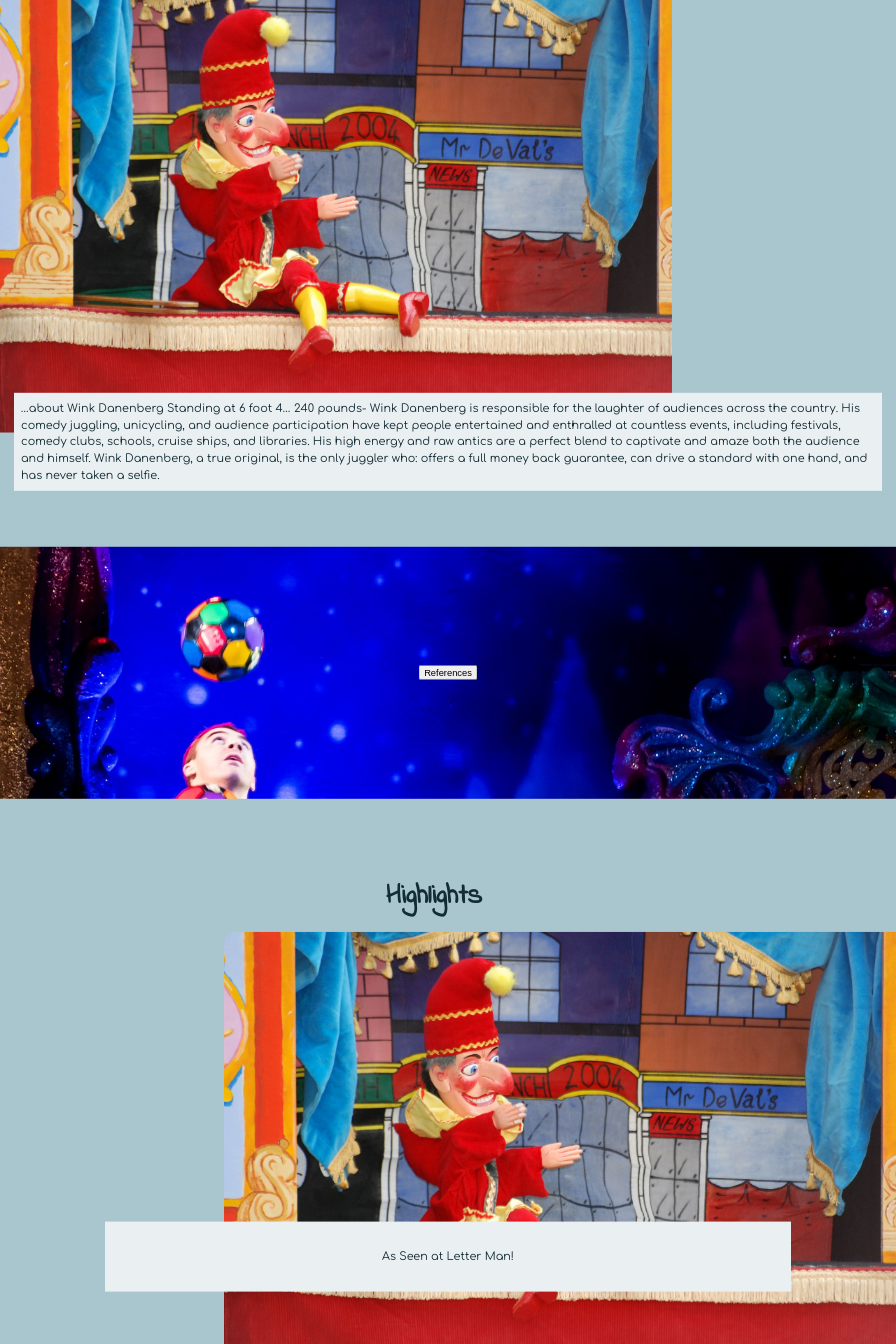
Repository: Sbethm/wink
Page: index.html
These files come from the project's save history. The page is drawn as it stood at one moment and after a run of saves; the edit follows.
The browser window is 1280 px wide. The pictures show the part of the page from y = 1433 to 3353 px (the page is 5471 px tall), at 70% of full size.
The style sheet was rebuilt from its Sass, Less or Tailwind sources for each picture, by a compiler version that may differ from the author's.

Above is the page before, as saved 2021-09-08 13:58:15.

### index.html
<!DOCTYPE html>
<html lang="en">
<head>
    <meta charset="UTF-8">
    <meta http-equiv="X-UA-Compatible" content="IE=edge">
    <meta name="viewport" content="width=device-width, initial-scale=1.0">
    <link rel="preconnect" href="https://fonts.googleapis.com">
    <link rel="preconnect" href="https://fonts.gstatic.com" crossorigin>
    <link href="https://fonts.googleapis.com/css2?family=Acme&family=Comfortaa:wght@400;500;600;700&family=Indie+Flower&display=swap" rel="stylesheet">
    <!--
        font-family: 'Acme', sans-serif;
        font-family: 'Comfortaa', cursive;
        font-family: 'Indie Flower', cursive;
    -->

    <link rel="stylesheet" href="./CSS/main.css">
    <title>Wink Danenberg: The Greatest Showman</title>
</head>
<body>
    <header id="headerBg">
        <h1 id="logo">Wink</h1>
        <div class="menu--btn">
            <ul class="menu">
                <li class="menu--item">Shows</li>
                <li class="menu--item">Wink</li>
                <li class="menu--item">Calender</li>
                <li class="menu--item">Contact</li>
            </ul>
        </div>
    </header>
    <main>
        <section class="main--slideshow">
            <!--images are set on automatic slide-->
                <img src="./img/img1.jpg" alt="" id="slide--img">
                <img src="./img/img2.jpg" alt="" id="slide--img">
                <img src="./img/img3.jpg" alt="" id="slide--img">
            <div class="slideshow--quote">Comedy for the Whole Family!</div>
        </section>
        <!--EVENTS-
            Description of Wink's shows. What does he do? Who are the shows geared towards? etc.-->
        <section class="event">
            <div class="container container--event">
                <a href="./events.html"><h2 class="heading--center">Events</h2></a>
                <p class="info--short center">Do you want a man who can tickle your funny bone? Look no further than Wink!</p>
                <div class="event--slideshow">
                    <!--each div is set on a swipe slide-->
                    <a href=""><div class="event--retreats event--slide">
                        <p class="event--type">Retreats</p>
                    </div></a>
                    <a href=""><div class="event--schools event--slide">
                        <p class="event--type">Schools</p>
                    </div></a>
                    <a href=""><div class="event--events event--slide">
                        <p class="event--type">Events</p>
                    </div></a>
                </div>
            </div>
        </section>
         <!--WINK-
            Who is Wink? A little about Wink and his past experience as a showman -->
        <section class="wink">
            <div class="container container--wink">
                <h2 class="heading--center">Wink Danenberg</h2>
                <div class="img--container">
                    <img src="./img/img2.jpg" alt="" class="img--set--left js--scroll">
                </div>
                <p class="text--full--center">
                    …about Wink Danenberg
                    Standing at 6 foot 4… 240 pounds- Wink Danenberg is responsible for the laughter of audiences  across the country. His comedy juggling, unicycling, and audience participation have kept people  entertained and enthralled at countless events, including festivals, comedy clubs, schools, cruise
                    ships, and libraries. His high energy and raw antics are a perfect blend to captivate and amaze  both the audience and himself. Wink Danenberg, a true original, is the only juggler who: offers a  full money back guarantee, can drive a standard with one hand, and has never taken a selfie.
                </p>
            </div>
        </section>
         <!--REFERENCES-
            A section with a link to references for Wink's shows-->
        <section class="references cover">
            <!--CHANGE BTN TO DIV & CHECK CSS-->
            <button class="reference--btn">References</button>
        </section>
         <!--EXPERIENCE HIGHLIGHTS-
            A section that shows some of the highlights of his experience-->
        <section class="experience">
            <div class="container container--experience">
                <h2 class="heading--center">Highlights</h2>
                <div class="experience--block">
                    <img src="./img/img2.jpg" alt="" class="img--set--right js--scroll">
                <p class="text--small--center">As Seen at Letter Man!</p>
                </div>
                <div class="experience--block">
                    <img src="./img/img2.jpg" alt="" class="img--set--left js--scroll">
                    <p class="text--small--center">As Seen at Letter Man!</p>
                </div>
                <div class="experience--block">
                        <img src="./img/img2.jpg" alt="" class="img--set--right js--scroll">
                    <p class="text--small--center">As Seen at Letter Man!</p>
                </div>
            </div>
        </section>
         <!--CONTACT-
            email and (maybe) phone information about how to contact Wink-->
        <section class="contact cover">
            <!--CHANGE BTN TO DIV & CHECK CSS-->
            <button class="contact--btn">Contact</button>
        </section>
    </main>
    <footer></footer>
    <script src="./JS/main.js"></script>
</body>
</html>

### JS/main.js
/*
 TABLE OF CONTENTS
    1.
    2.
    3.
    4.
    5.
*/


//1. HEADER CAROUSEL
    //Header variables
    const slides = document.querySelectorAll('#slide--img');
    const headerBg = document.getElementById('headerBg');
    const logo = document.getElementById('logo');

    //Changing header on scroll
    window.onscroll = function() {
        if (window.scrollY > 130) {
            headerBg.style.background = 'rgb(234, 240, 241)';
            headerBg.style.borderBottom = 'solid 1px rgb(19, 43, 53)';
            logo.style.color = 'rgb(19, 43, 53)';
        } else {
            headerBg.style.background = 'none';
            headerBg.style.borderBottom = 'solid 1px rgb(234, 240, 241)';
            logo.style.color = 'rgb(234, 240, 241)';
        }
    }

    //Index main slideshow
    setInterval(nextImg, 4000);

    let currentImg = 0;
    slides[currentImg].style.opacity = 1;

    function nextImg() {
        slides[currentImg].style.opacity = 0;
        currentImg = (currentImg + 1) % slides.length;
        slides[currentImg].style.opacity = 1;
    }

//2. SCROLL ANIMATIONS
    //Scroll variables
    const scrollElements = document.querySelectorAll(".js--scroll");
    const fromLeftElements = document.querySelectorAll(".img--set--left");
    const fromRightElements = document.querySelectorAll(".img--set--right");

    //When element is on screen or off scree
    const elementInView = (el) => {
    const elementTop = el.getBoundingClientRect().top;

    return (
        elementTop <=
        (window.innerHeight || document.documentElement.clientHeight));
    };

    const elementOutofView = (el) => {
    const elementTop = el.getBoundingClientRect().top;

    return (
        elementTop > (window.innerHeight || document.documentElement.clientHeight)
    );
    };

    //Fade-In & Fade-out functions
    const displayScrollElement = (element) => {
    element.classList.add("scrolled");
    };
    const hideScrollElement = (element) => {
    element.classList.remove("scrolled");
    };

    //Shift left functions
    const shiftOnScreenLeft = (el) => {
        el.classList.add('shifted--from--left');
    }
    const shiftOffScreenLeft = (el) => {
        el.classList.remove('shifted--from--left');
    }

    //Shift right functions into view
    const shiftOnScreenRight = (el) => {
        el.classList.add('shifted--from--right');
    }
    const shiftOffScreenRight = (el) => {
        el.classList.remove('shifted--from--right');
    }


const handleOpacityAnimation = () => {
  scrollElements.forEach((el) => {
    if (elementInView(el)) {
        displayScrollElement(el);
    } else if (elementOutofView(el)) {
        hideScrollElement(el)
    }
  })
}

const handleShiftAnimationLeft = () => {
    fromLeftElements.forEach((el) => {
    if (elementInView(el)) {
        shiftOnScreenLeft(el)
    } else if (elementOutofView(el)) {
        shiftOffScreenLeft(el)
    }
  })
}

const handleShiftAnimationRight = () => {
    fromRightElements.forEach((el) => {
    if (elementInView(el)) {
        shiftOnScreenRight(el)
    } else if (elementOutofView(el)) {
        shiftOffScreenRight(el)
    }
  })
}

window.addEventListener("scroll", () => {
    handleOpacityAnimation();
    handleShiftAnimationLeft();
    handleShiftAnimationRight();
})

// const fadeEl = document.querySelectorAll('.js--scroll');

// fadeEl.forEach((el) => {
//     el.style.opacity = '0';
// });

// const elInView = (el) => {
//     const elementTop = el.getBoundingClientRect().top;
//     return (elementTop <= window.innerHeight || document.documentElement.clientHeight);
// }

// const displayElement = (el) => {
//     el.classList.add('scrolled');
// }

// const scrollAnimation = () => {
//     fadeEl.forEach((el) => {
//         if(elInView(el, 100)){
//             displayElement(el);
//         }
//     })
// }

// window.addEventListener("scroll", () => {
//     scrollAnimation();
//   });

//SLIDE-IN

### SCSS/main.scss
@import "./resets", "./variables";


//GENERAL STYLING
body{
    width: 100vw;
    background-color: $bgColor1;
    overflow-x: hidden;
}

main {
    overflow-x: hidden;
}

section {
    width: 100vw;
    height: fit-content;
    background-color: $bgColor1;
    color: $accentColor1;
    font-family: $mainFont;
    font-size: 1rem;
}

.container {
    margin: 60px 20px;
    padding: 60px 0;
    width: calc(100vw - 40px);
    background-color: $bgColor1;
    border-bottom: solid 2px $accentColor2;
}

.heading--center {
    padding-bottom: 30px;
    width: 100%;
    font-family: $accentFont;
    font-size: 2.5rem;
    text-align: center;
}

.link--click {
    width: 10rem;
    height: 4rem;
    font-family: $accentFont;
    font-size: 1.5rem;
    color: $accentColor1;
    background-color: $bgColor2;
    border: hidden;
}

a {
    text-decoration: none;
}

p {
    font-family: $mainFont;
    font-size: 1rem;
    line-height: 1.5rem;
}

.center {
    padding-bottom: 30px;
    width: 100%;
    text-align: center;
}

//HEADER AND MAIN SLIDESHOW
header {
    position: fixed;
    top: 0;
    height: 4rem;
    width: 100vw;
    padding: 1rem;
    z-index: 9;
    overflow: hidden;
    background: aliceblue;
    border-bottom: solid 1px rgb(13, 81, 139);
    transition: all 0.50s ease-in;
    box-sizing: border-box;

    & h1 {
        font-family: $accentFont;
        font-size: 2rem;
        color: rgb(13, 81, 139);
        transition: all 0.50s ease-in;
    }
}

.menu--item{
    display: none;
}

.main--slideshow {
    height: 100vh;
    width: 100vw;
    background-color: #000;
}

#slide--img {
    position: absolute;
    top: 0;
    left: 0;
    width: 100%;
    height: 100%;
    object-fit: cover;
    overflow: hidden;
    opacity: 0;
    transition: all 0.75s ease-in;
    z-index: 0;
}

.slideshow--quote {
    position: absolute;
    top: calc(100vh - 75vh);
    width: 100vw;
    font-size: 5rem;
    font-family: $headerFont;
    font-weight: 800;
    color: aliceblue;
    text-align: center;
}

//EVENTS
.event{
    padding-top: 20px;
}

.event--slideshow {
    display: flex;
    flex-direction: row;
    overflow: scroll;

    & .event--slide {
        margin: 10px;
        width: 10rem;
        height: 12rem;
        display: grid;
        background-image: url(../img/img1.jpg);
        box-shadow: 10px 5px 5px rgba(100, 100, 100, 0.377);
        grid-template-columns: 100%;
        justify-items: center;
        align-items: center;

        & .event--type {
            padding: 5px;
            width: 75%;
            background-color: $bgColor2;
            font-family: $accentFont;
            color: $accentColor1;
            text-align: center;
        }
    }
}

//ABOUT WINK
.container--wink {
    margin: 0 20px;
    padding: 20px 0;
    border: hidden;
}

.img--set--left {
    width: 75vw;
    position: relative;
    left: -350px;
    z-index: 1;
    border-radius: 0 15px 15px 0;
    transition: all 3000ms;

    &.shifted--from--left {
    left: -20px;
    }
}

.text--full--center {
    position: relative;
    padding: 10px;
    top: -60px;
    z-index: 2;
    background-color: $bgColor2;
}

//REFERENCES and CONTACT
.cover {
    width: 100vw;
    height: 50vh;
    display: flex;
    justify-content: center;
    align-items: center;
    background-image: url(../img/img1.jpg);
}

//EXPERIENCE HIGHLIGHTS
.container--experience{
    margin-left: 0;
    margin-right: 0;
    border-bottom: hidden;
}

.experience--block {
    display: grid;
    grid-template-columns: 100vw;
    grid-template-rows: 25% 75%;
    width: 100vw;
    overflow-x: hidden;

    & .img--set--right {
        grid-area: 1/1/2/3;
        justify-self: flex-end;
        width: 75vw;
        z-index: 1;
        border-radius: 15px 0 0 15px;
        padding-left: 100vw;
        transition: all 3000ms;
    }

    & .shifted--from--right{
        padding-left: 0px;
    }

    & .img--set--left {
        grid-area: 1/1/2/3;
        justify-self: flex-start;
        width: 75vw;
        z-index: 1;
        border-radius: 0 15px 15px 0;
        transition: all 3000ms;
    }

    & .text--small--center {
        align-self: center;
        justify-self: center;
        width: 75%;
        height: 5rem;
        padding: 10px;
        z-index: 2;
        background-color: $bgColor2;
        text-align: center;
        line-height: 5rem;
    }
}





//CONTACT *see references

//JAVASCRIPT ELEMENTS
.js--scroll {
    opacity: 0;
    transition: all 3000ms;
}

.js--scroll.scrolled{
    opacity: 1;
}

### SCSS/_variables.scss
//FONTS
$headerFont: 'Acme', sans-serif;
$accentFont: 'Indie Flower', cursive;
$mainFont: 'Comfortaa', cursive;

//COLORS
// $bgColor1: rgb(207, 184, 169);
// $bgColor2: rgb(241, 237, 234);
// $accentColor1: rgb(53, 33, 19);
// $accentColor2: rgb(83, 50, 27);
$bgColor1: rgb(169, 198, 207);
$bgColor2: rgb(234, 240, 241);
$accentColor1: rgb(19, 43, 53);
$accentColor2: rgb(51, 114, 141);

Loaded but not shown: SCSS/_resets.scss (common file)

After the next 3 saves:
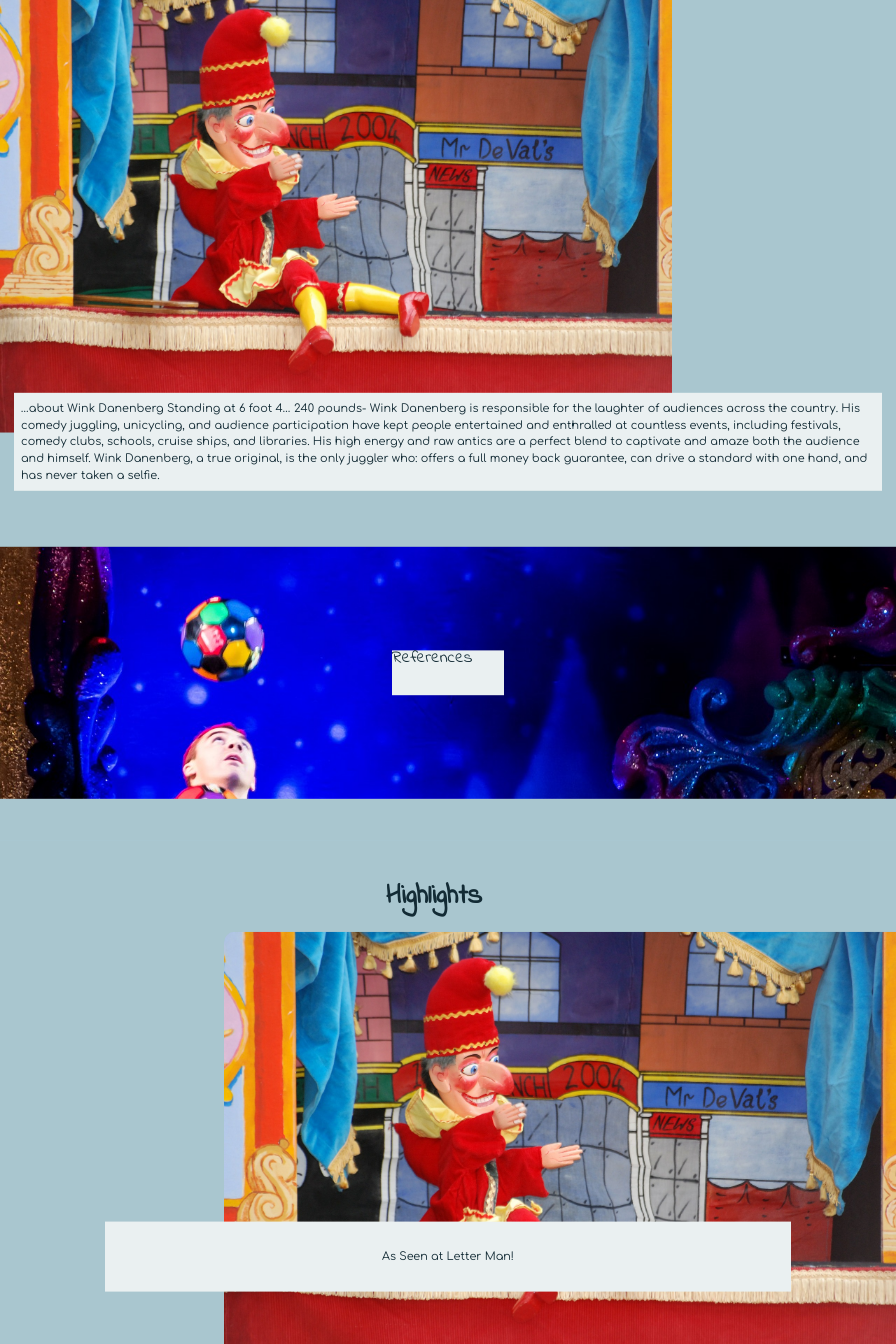
The 3 saves are shown as one change because they came seconds apart.
The last was saved 23 s later.
--- a/index.html
+++ b/index.html
@@ -75,7 +75,7 @@
             A section with a link to references for Wink's shows-->
         <section class="references cover">
             <!--CHANGE BTN TO DIV & CHECK CSS-->
-            <button class="reference--btn">References</button>
+            <div class="link--click ">References</button>
         </section>
          <!--EXPERIENCE HIGHLIGHTS-
             A section that shows some of the highlights of his experience-->
